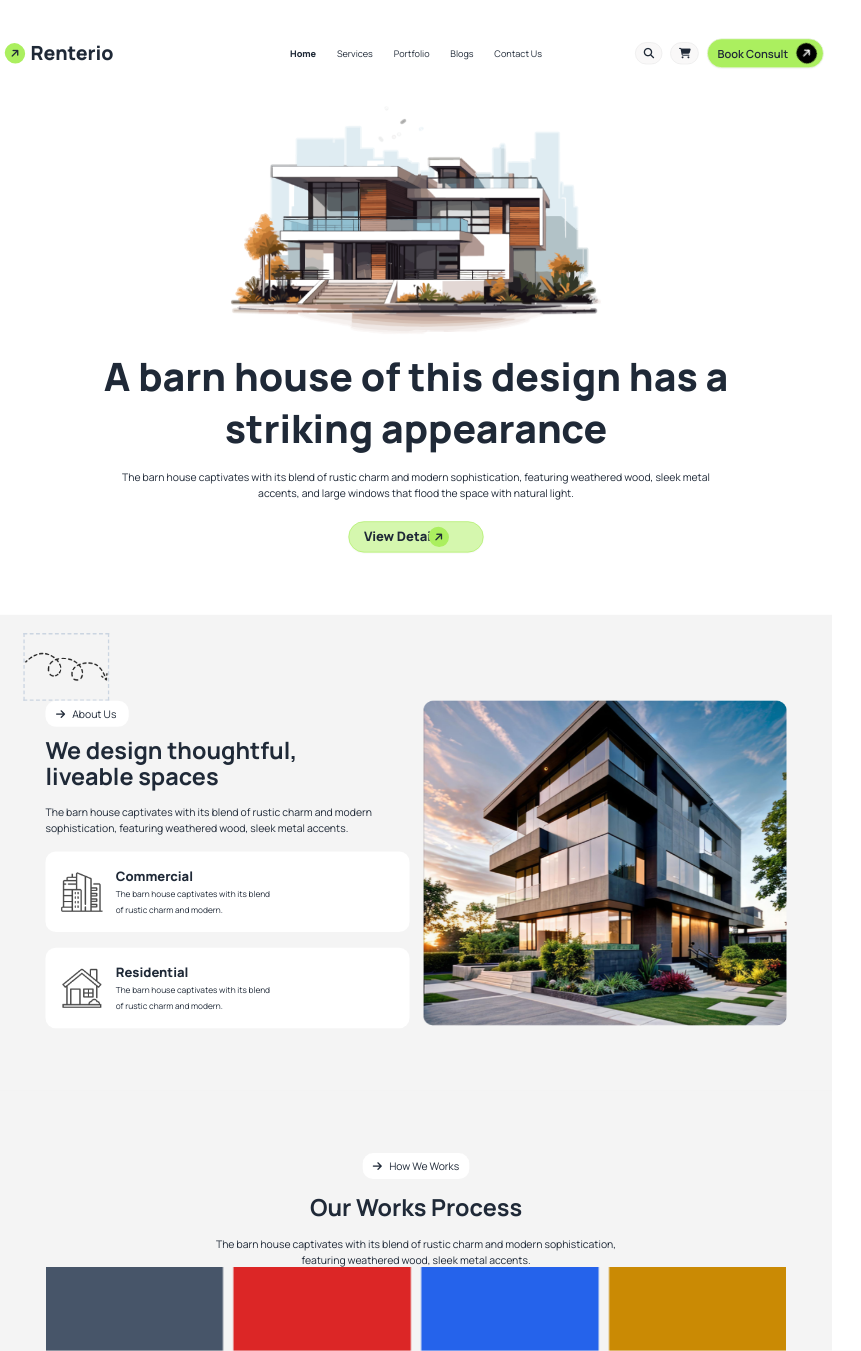
Repository: Tanvir4312/assignment-03
Page: index.html
These files come from the project's save history. The page is drawn as it stood at one moment and after the next save; the edit follows.
The browser window is 1280 px wide. The page is 1325 px wide, so the pictures cover 1325 px, including what lies to the right of the window. The pictures show the whole page, at 65% of full size.
Some web libraries are served in a nearby version.

Above is the page before, as saved 2024-10-30 17:11:02.

### index.html
<!DOCTYPE html>
<html lang="en">

<head>
    <meta charset="UTF-8">
    <meta name="viewport" content="width=device-width, initial-scale=1.0">
    <title>Renterio</title>
    <link rel="stylesheet" href="styles/styles.css">
    <!-- DaisyUI -->
    <link href="https://cdn.jsdelivr.net/npm/daisyui@4.12.14/dist/full.min.css" rel="stylesheet" type="text/css" />
    <script src="https://cdn.tailwindcss.com"></script>
    <!-- Icon -->
    <link rel="stylesheet" href="https://cdnjs.cloudflare.com/ajax/libs/font-awesome/6.6.0/css/all.min.css"
        integrity="sha512-Kc323vGBEqzTmouAECnVceyQqyqdsSiqLQISBL29aUW4U/M7pSPA/gEUZQqv1cwx4OnYxTxve5UMg5GT6L4JJg=="
        crossorigin="anonymous" referrerpolicy="no-referrer" />

    <script>
        tailwind.config = {
            theme: {
                extend: {
                    colors: {
                        clifford: '#da373d',
                        bgBtnColor: '#ABEF5F',
                        btnTextAndWorksTextColor: '#1C1C1C',
                        mainColor: '#212121',
                        secondaryColor: '#494949',

                    }
                }
            }
        }
    </script>
</head>

<body class="manrope-font">
    <header>
        <!-- Navbar -->
        <nav class="container mx-auto">
            <div class="navbar relative py-14">
                <div class="navbar-start">
                    <div class="absolute right-0">
                        <div class="dropdown">
                            <div tabindex="0" role="button"
                                class="btn btn-ghost mr-2 lg:hidden border border-[rgba(233,233,233)] rounded-full bg-[#f9f8f8]">
                                <svg xmlns="http://www.w3.org/2000/svg" class="h-5 w-5" fill="none" viewBox="0 0 24 24"
                                    stroke="currentColor">
                                    <path stroke-linecap="round" stroke-linejoin="round" stroke-width="2"
                                        d="M4 6h16M4 12h8m-8 6h16" />
                                </svg>
                            </div>
                            <div class="absolute -left-20">
                                <ul tabindex=""
                                    class="menu menu-sm dropdown-content bg-base-100 rounded-box z-[1] p-2 shadow w-32">
                                    <li><a>Home</a></li>
                                    <li><a>Services</a></li>
                                    <li><a>Portfolio</a></li>
                                    <li><a>Blogs</a></li>
                                    <li><a>Contact Us</a></li>
                                </ul>
                            </div>
                        </div>
                    </div>
                    <i class="fa-solid fa-arrow-right -rotate-45 bg-bgBtnColor p-2 rounded-full	"></i>
                    <a class="btn btn-ghost font-extrabold text-3xl pl-2">Renterio</a>
                </div>
                <div class="navbar-center hidden lg:flex">
                    <ul class="menu menu-horizontal px-1">
                        <li><a class="font-extrabold">Home</a></li>
                        <li><a>Services</a></li>
                        <li><a>Portfolio</a></li>
                        <li><a>Blogs</a></li>
                        <li><a>Contact Us</a></li>
                    </ul>
                </div>

                <div class="navbar-end hidden md:block">
                    <div class="flex justify-end">
                        <div class="flex items-center gap-3 mr-2">
                            <div class="px-3 py-1 border border-[rgba(233,233,233)] rounded-full bg-[#f9f8f8]">
                                <i class="fa-solid fa-magnifying-glass"></i>
                            </div>
                            <div class="px-3 py-1 border border-[rgba(233,233,233)] rounded-full bg-[#f9f8f8]">
                                <i class="fa-solid fa-cart-shopping"></i>
                            </div>
                        </div>
                        <div class="relative ">
                            <button class="btn bg-bgBtnColor rounded-3xl pr-14 text-lg font-semibold">Book
                                Consult</button>
                            <i
                                class="fa-solid fa-arrow-right -rotate-45 bg-black text-white p-2 rounded-full absolute top-2 right-4 "></i>
                        </div>
                    </div>
                </div>
            </div>
        </nav>
        <!-- Banner -->
        <section class="banner text-center">
            <!-- Banner Image -->
            <div class="flex justify-center px-14">
                <img src="./assets/banner.png" alt="">
            </div>
            <!-- Banner Text -->
            <div class="mt-6">
                <h1 class="text-3xl md:text-6xl font-extrabold md:leading-[80px]">A barn house of this design
                    has a <br>striking appearance
                </h1>
                <p class="mt-6 mb-8 px-5">The barn house captivates with its blend of rustic charm and modern
                    sophistication,
                    featuring weathered wood, sleek metal <br> accents, and large windows that flood the space with
                    natural light.</p>
                <!-- Banner Button -->
                <div class="relative flex px-2 md:justify-center md:items-center">
                    <div class="w-full text-start md:text-center">
                        <button
                            class="btn border border-[rgba(171,239,95)] bg-[rgba(171,239,95,0.5)] rounded-3xl mainColor text-xl font-extrabold pr-14 l w-full md:w-52">View
                            Details</button>
                    </div>
                    <div>
                        <i
                            class="fa-solid fa-arrow-right -rotate-45 bg-bgBtnColor p-2 rounded-full absolute bottom-2 right-[590px]"></i>

                        <i
                            class="md:hidden absolute top-3 right-20 fa-solid fa-arrow-right -rotate-45 bg-bgBtnColor p-2 rounded-full"></i>
                    </div>
                </div>
            </div>
        </section>
    </header>

    <main class="bg-[#F4F4F4]">
        <!-- Commercial and Residential Section -->
        <section class="bg-[#F4F4F4] my-24 pt-7 pb-24">
            <!-- Vector Image -->
            <img class="hidden md:block border-dashed border-2 border-slate-300 py-7 ml-9" src="./assets/Vector.png"
                alt="">
            <div class="md:w-[1140px] mx-auto grid md:grid-cols-2 grid-cols-1 gap-5 p-4 md:p-0">
                <div>
                    <!-- About Us Button -->
                    <div class="flex justify-center md:flex-col">
                        <div class="bg-white w-32 py-2 px-4 rounded-2xl">
                            <i class="fa-solid fa-arrow-right pr-2"></i>
                            <button>About Us</button>
                        </div>
                    </div>
                    <!-- Text -->
                    <div class="mt-4 md:text-start text-center">
                        <h1 class="text-2xl md:text-4xl font-bold mainColor mb-6">We design thoughtful, <br> liveable
                            spaces
                        </h1>
                        <p class="secondaryColor">The barn house captivates with its blend of rustic charm and
                            modern sophistication, featuring weathered wood, sleek metal accents.</p>
                    </div>

                    <div class="flex md:items-center gap-5 my-6 bg-white p-6 rounded-2xl">
                        <!-- Image -->
                        <div>
                            <img src="./assets/commercial.png" alt="">
                        </div>
                        <!-- Text -->
                        <div>
                            <h3 class="text-xl font-extrabold">Commercial</h3>
                            <p><small>The barn house captivates with its blend <br> of rustic charm and modern.</small>
                            </p>
                        </div>
                    </div>
                    <div class="flex md:items-center gap-5 bg-white p-6 rounded-2xl">
                        <!-- Image -->
                        <div>
                            <img src="./assets/residential.png" alt="">
                        </div>
                        <!-- Text -->
                        <div>
                            <h3 class="text-xl font-extrabold">Residential</h3>
                            <p><small>The barn house captivates with its blend <br> of rustic charm and modern.</small>
                            </p>
                        </div>
                    </div>

                </div>
                <!-- Image -->
                <div>
                    <img class="h-60 w-full md:h-[500px]" src="./assets/Rectangle.png" alt="">
                </div>
            </div>
        </section>

        <!-- Works Process section -->
        <section class="md:w-[1140px] mx-auto">
            <div class="flex justify-center">
                <div class="bg-white py-2 px-4 rounded-2xl">
                    <i class="fa-solid fa-arrow-right pr-2"></i>
                    <button>How We Works</button>
                </div>
            </div>
            <div class="text-center">
                <h1 class="py-6 text-4xl font-bold">Our Works Process</h1>
                <p>The barn house captivates with its blend of rustic charm and modern sophistication, <br> featuring
                    weathered wood, sleek metal accents.</p>
            </div>
            <div class="card grid grid-cols-1 md:grid-cols-4 gap-4">
                <div class="bg-slate-600 h-32"></div>
                <div class="bg-red-600 h-32"></div>
                <div class="bg-blue-600 h-32"></div>
                <div class="bg-yellow-600 h-32"></div>
            </div>
        </section>
    </main>

</body>

</html>

### styles/styles.css
/* Font */
@import url('https://fonts.googleapis.com/css2?family=Manrope:wght@200..800&display=swap');


.manrope-font {
  font-family: "Manrope", sans-serif;


}

After the next save:
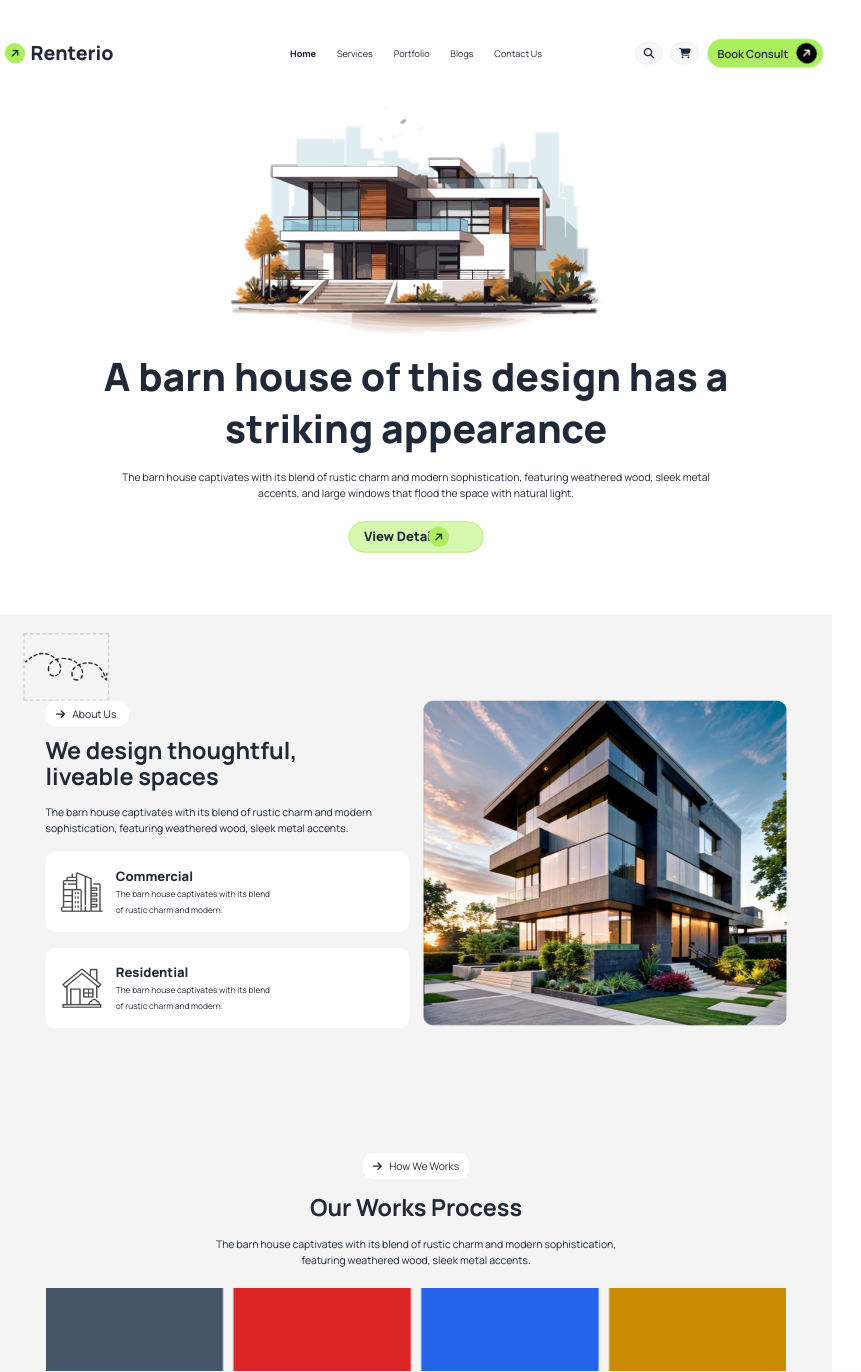
Saved 29 s later.
--- a/index.html
+++ b/index.html
@@ -197,7 +197,7 @@
                 <p>The barn house captivates with its blend of rustic charm and modern sophistication, <br> featuring
                     weathered wood, sleek metal accents.</p>
             </div>
-            <div class="card grid grid-cols-1 md:grid-cols-4 gap-4">
+            <div class="card grid grid-cols-1 md:grid-cols-4 gap-4 mt-8">
                 <div class="bg-slate-600 h-32"></div>
                 <div class="bg-red-600 h-32"></div>
                 <div class="bg-blue-600 h-32"></div>
